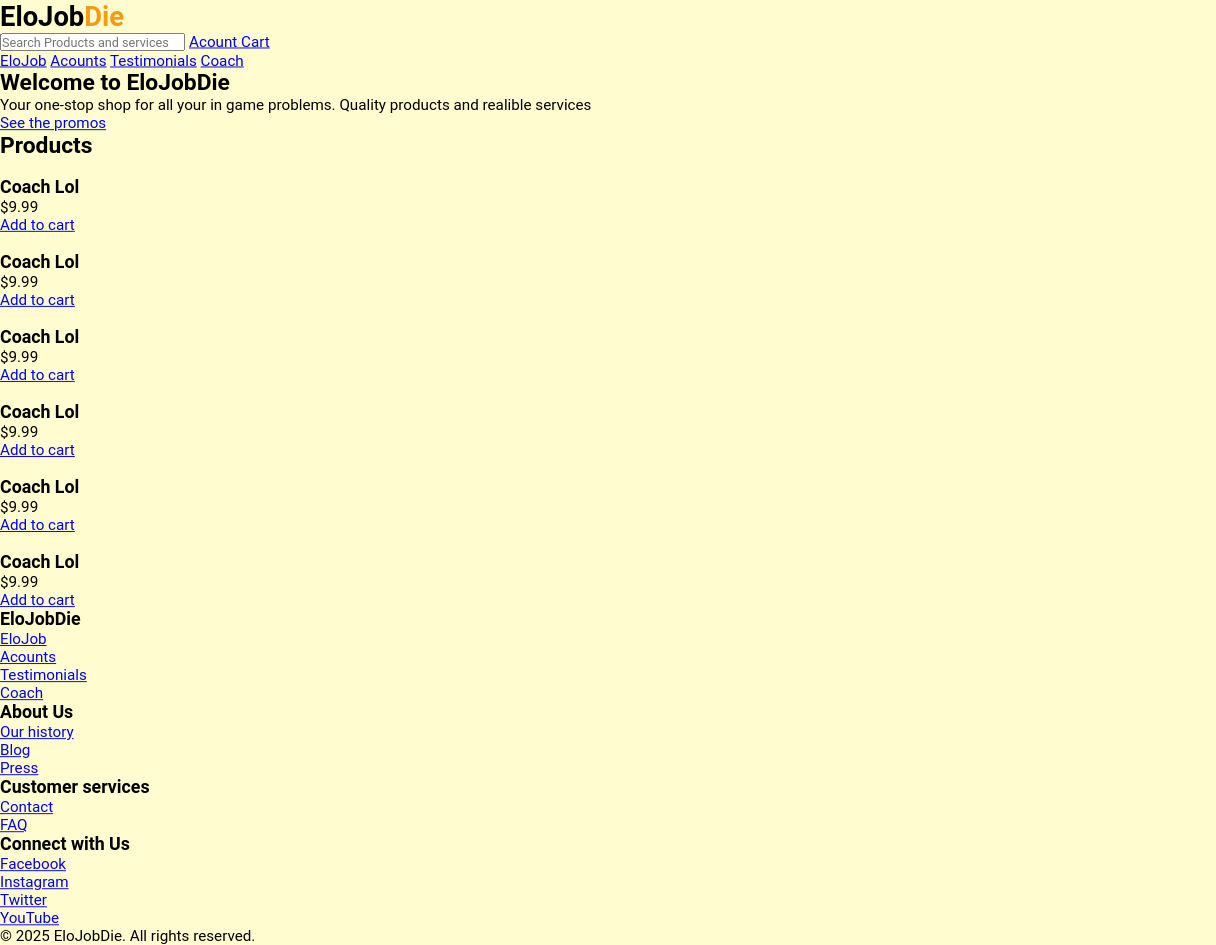
Repository: JustTheHero/web_online_store
Page: homePage.html
These files come from the project's save history. The page is drawn as it stood at one moment and after the next save; the edit follows.
The browser window is 1280 px wide. The pictures show the whole page, at 95% of full size.

Above is the page before, as saved 2025-04-24 09:45:26.

After the next save:
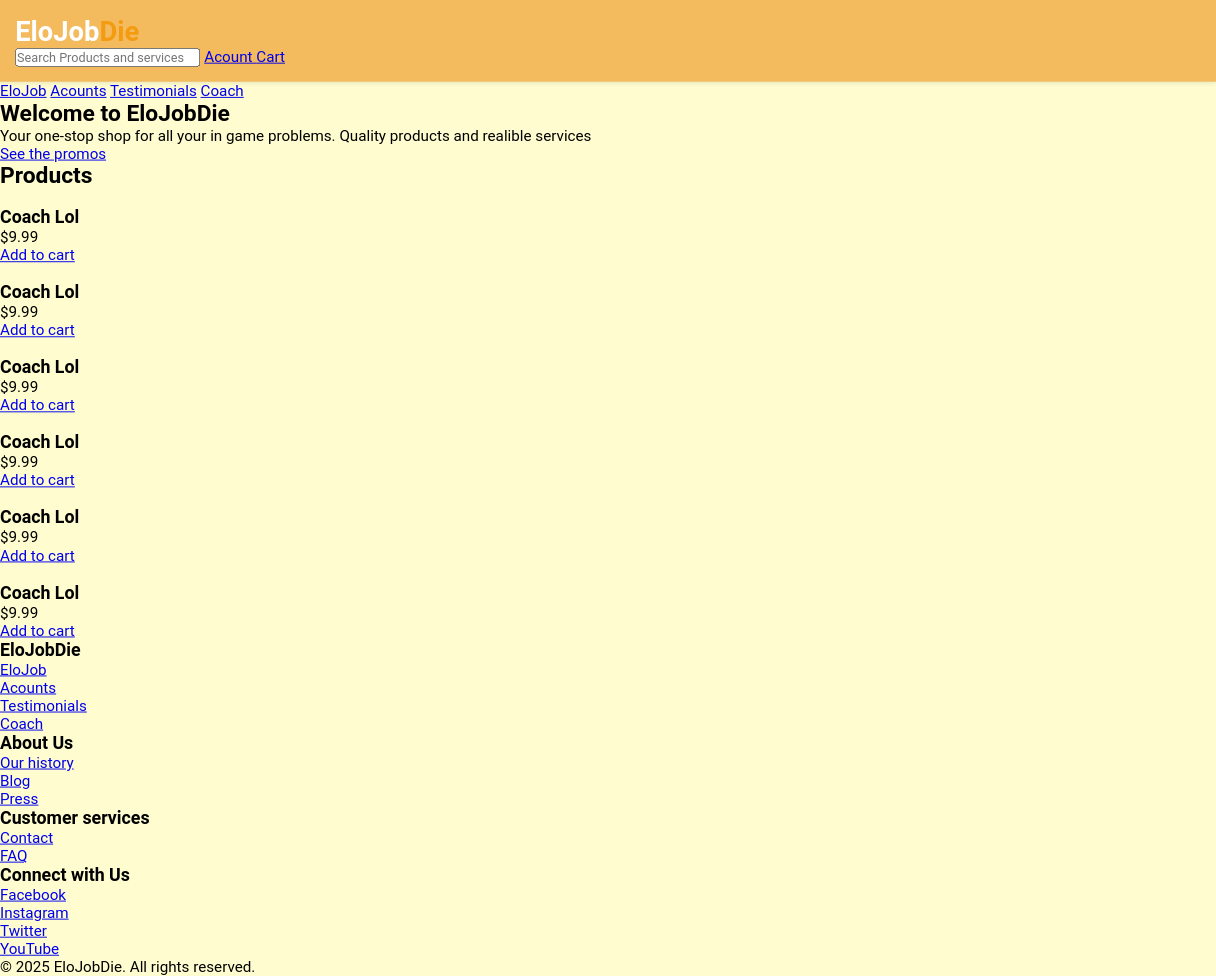
Saved 94 s later.
--- a/homePage.html
+++ b/homePage.html
@@ -21,6 +21,12 @@
         }
         body{
             background-color: #FFFDD0;
+        }
+        header{
+            background-color: #f4ba5e;
+            color: white;
+            padding: 1rem;
+            box-shadow: 0 2px 5px rgba(0, 0, 0, 0.1);
         }
     </style>
 </head>
